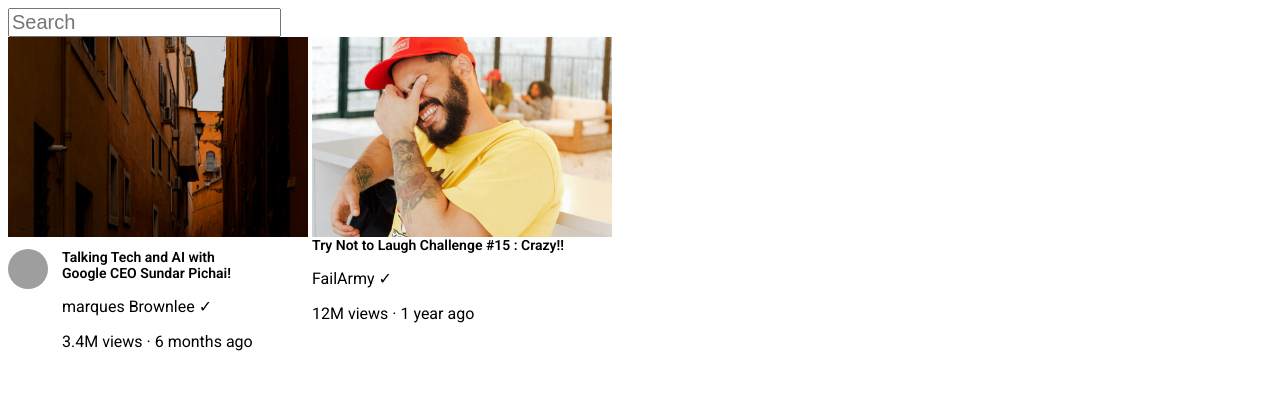
Repository: Yeyolive/WebDev_Collab_2025
Page: Basic_Projects/HTML-CSS course/youtube/youtube.html
The author's editor kept a copy of each file at every save. The page is drawn from the files as they stood at one save, then again after the next save.
The browser window is 1280 px wide. The pictures show the whole page.
Pictures or frames that could not be fetched are drawn as grey boxes.

Above is the page before, as saved 2025-11-26 14:35:29.

After the next save:
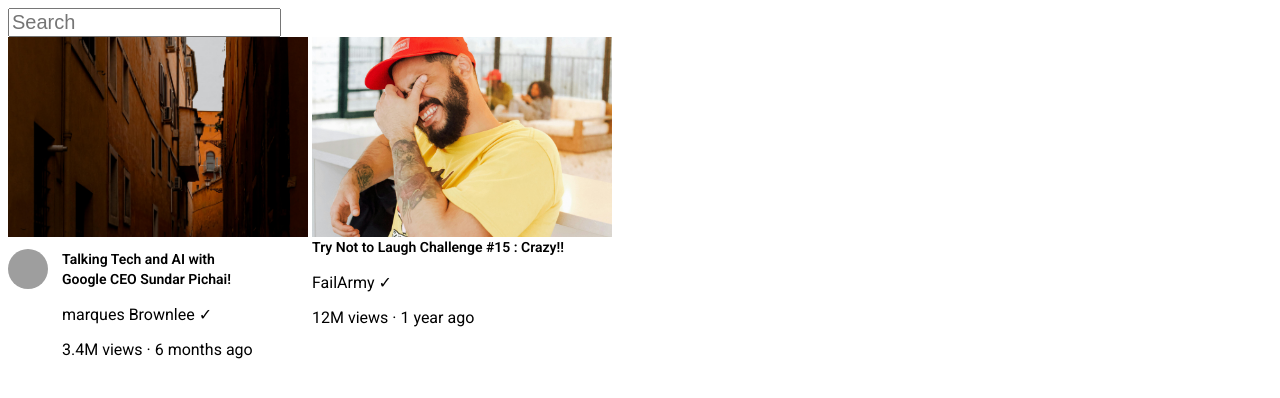
Saved 54 s later.
--- a/Basic_Projects/HTML-CSS course/youtube/youtube.css
+++ b/Basic_Projects/HTML-CSS course/youtube/youtube.css
@@ -14,6 +14,7 @@ p {
   margin-top: 0;
   font-size: 14px;
   font-weight: 600;
+  line-height: 20px;
 }
 
 .video-preview {
